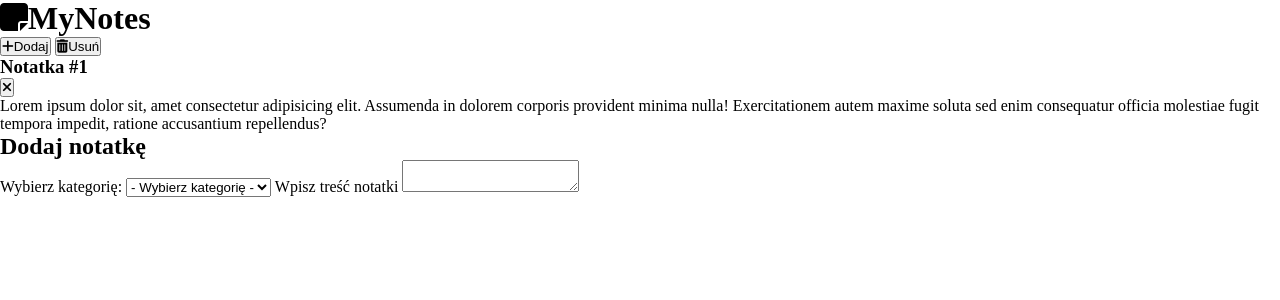
Repository: KrzysKolo/Projekt-7_Notes
Page: js/index.html
An editor plug-in stored every save of this project. The page is shown before and after the next save, followed by the edit.
The browser window is 1280 px wide. The pictures show the whole page.
Some web libraries are served in a nearby version.

Above is the page before, as saved 2020-07-07 13:06:12.
Console error: SyntaxError: Unexpected token '<'

After the next save:
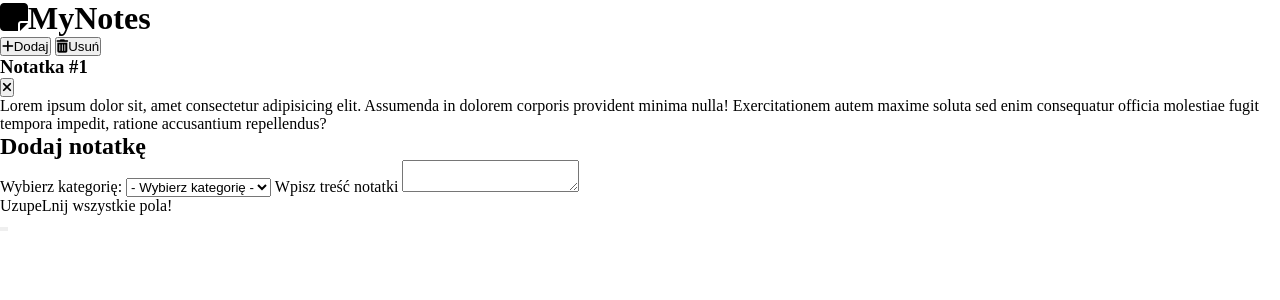
Saved 2 min 27 s later.
--- a/js/index.html
+++ b/js/index.html
@@ -54,6 +54,11 @@
 
       <label for="text">Wpisz treść notatki</label>
       <textarea id="text"></textarea>
+
+      <p class="error">UzupeLnij wszystkie pola!</p>
+      <div class="panel-buttons">
+        <button class="icon"></button><button class="icon"></button>
+      </div>
     </div>
     <script src="./../js/index.html"></script>
   </body>
